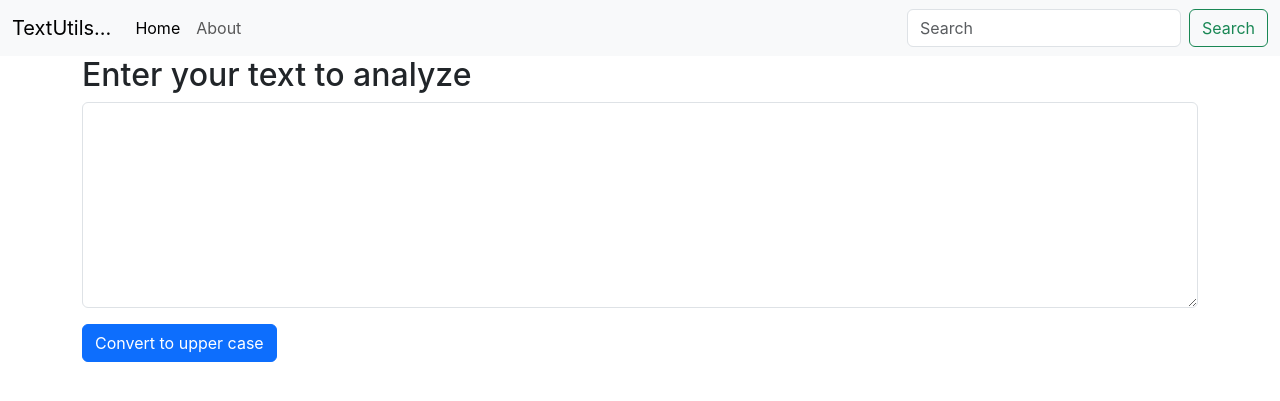
Repository: SujanNagaju/react-demo
Page: /
These files come from the project's save history. The page is drawn as it stood at one moment and after a run of saves; the edit follows.
The browser window is 1280 px wide. The pictures show the whole page.
The project was rebuilt for these pictures with package versions that can differ from the ones it lists, and the page was loaded fresh each time. Also part of the build but not shown: src/App.css.

Above is the page before, as saved 2024-12-29 13:22:30.

### public/index.html
<!DOCTYPE html>
<html lang="en">
  <head>
    <meta charset="utf-8" />
    <link rel="icon" href="%PUBLIC_URL%/favicon.ico" />
    <meta name="viewport" content="width=device-width, initial-scale=1" />
    <meta name="theme-color" content="#000000" />
    <meta
      name="description"
      content="Web site created using create-react-app"
    />
    <link rel="apple-touch-icon" href="%PUBLIC_URL%/logo192.png" />
    <!--
      manifest.json provides metadata used when your web app is installed on a
      user's mobile device or desktop. See https://developers.google.com/web/fundamentals/web-app-manifest/
    -->
    <link rel="manifest" href="%PUBLIC_URL%/manifest.json" />
    <!--
      Notice the use of %PUBLIC_URL% in the tags above.
      It will be replaced with the URL of the `public` folder during the build.
      Only files inside the `public` folder can be referenced from the HTML.

      Unlike "/favicon.ico" or "favicon.ico", "%PUBLIC_URL%/favicon.ico" will
      work correctly both with client-side routing and a non-root public URL.
      Learn how to configure a non-root public URL by running `npm run build`.
    -->
    <link href="https://cdn.jsdelivr.net/npm/bootstrap@5.3.3/dist/css/bootstrap.min.css" rel="stylesheet" integrity="sha384-QWTKZyjpPEjISv5WaRU9OFeRpok6YctnYmDr5pNlyT2bRjXh0JMhjY6hW+ALEwIH" crossorigin="anonymous">
    <title>React App</title>
  </head>
  <body>
    <noscript>You need to enable JavaScript to run this app.</noscript>
    <div id="root"></div>
    <!--
      This HTML file is a template.
      If you open it directly in the browser, you will see an empty page.

      You can add webfonts, meta tags, or analytics to this file.
      The build step will place the bundled scripts into the <body> tag.

      To begin the development, run `npm start` or `yarn start`.
      To create a production bundle, use `npm run build` or `yarn build`.
    -->
    <script src="https://cdn.jsdelivr.net/npm/bootstrap@5.3.3/dist/js/bootstrap.bundle.min.js" integrity="sha384-YvpcrYf0tY3lHB60NNkmXc5s9fDVZLESaAA55NDzOxhy9GkcIdslK1eN7N6jIeHz" crossorigin="anonymous"></script>

  </body>
</html>

### src/App.js
// logo from './logo.svg';
import './App.css';
import Navbar from './components/Navbar';
import TextForm from './components/TextForm';
function App() {
  return (
    <>

      {/* <Navbar title="TextUtils..." aboutText="About"/> */}
      <Navbar title="TextUtils..."/>
      <div className="container">
        <TextForm heading="Enter your text to analyze"/>
      </div>
    </>
  );
}

export default App;

### src/components/Navbar.js
import React from 'react'
import PropTypes from 'prop-types';


export default function Navbar({title="TextUtils", aboutText="About"}) {
  return (
    <nav className="navbar navbar-expand-lg bg-body-tertiary">
        <div className="container-fluid">
            <a className="navbar-brand" href="/">{title}</a>
            <button className="navbar-toggler" type="button" data-bs-toggle="collapse" data-bs-target="#navbarSupportedContent" aria-controls="navbarSupportedContent" aria-expanded="false" aria-label="Toggle navigation">
            <span className="navbar-toggler-icon"></span>
            </button>
            <div className="collapse navbar-collapse" id="navbarSupportedContent">
            <ul className="navbar-nav me-auto mb-2 mb-lg-0">
                <li className="nav-item">
                <a className="nav-link active" aria-current="page" href="/">Home</a>
                </li>
                <li className="nav-item">
                <a className="nav-link" href="/">{aboutText}</a>
                </li>

            </ul>
            <form className="d-flex" role="search">
                <input className="form-control me-2" type="search" placeholder="Search" aria-label="Search"/>
                <button className="btn btn-outline-success" type="submit">Search</button>
            </form>
            </div>
        </div>
    </nav>
  )
}


Navbar.propTypes = {
    title: PropTypes.string.isRequired,
    aboutText: PropTypes.string.isRequired
}

### src/components/TextForm.js
import React, {useState} from 'react';

export default function TextForm(props) {
  const [text, setText] = useState("Enter text here");
  console.log( useState("Enter text here") );
  return (
    <div>
      <h2>{props.heading}</h2>
        <div className="mb-3">
            <textarea className="form-control" id="textBox" rows="8"></textarea>
        </div>
        <button className="btn btn-primary">Convert to upper case</button>
    </div>
  )
}

Loaded but not shown: src/index.js (common file); src/index.css (common file); src/reportWebVitals.js (common file)

After the next 4 saves:
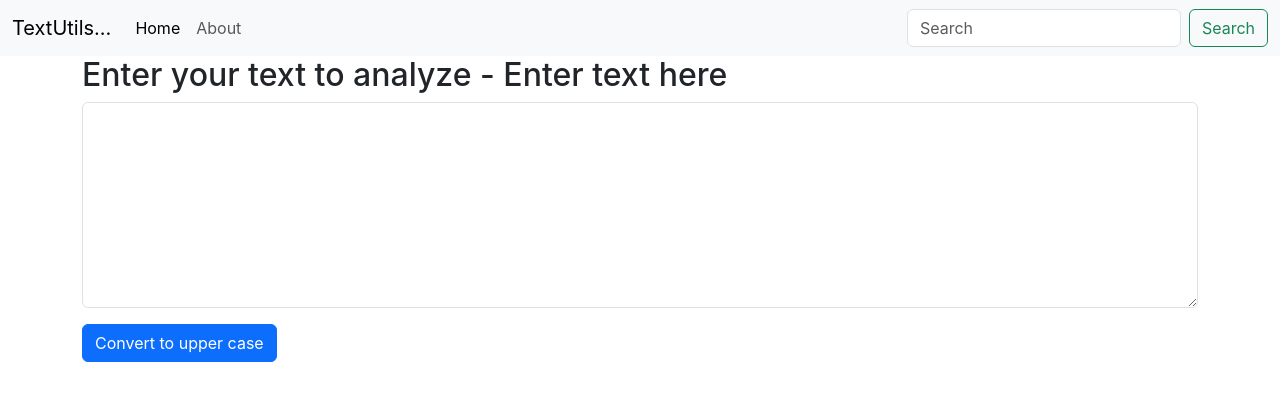
The 4 saves are shown as one change because 3 did not build or start.
The last was saved 2 min 40 s later.
--- a/src/components/TextForm.js
+++ b/src/components/TextForm.js
@@ -2,10 +2,9 @@
 
 export default function TextForm(props) {
   const [text, setText] = useState("Enter text here");
-  console.log( useState("Enter text here") );
   return (
     <div>
-      <h2>{props.heading}</h2>
+      <h2>{props.heading} - {text}</h2>
         <div className="mb-3">
             <textarea className="form-control" id="textBox" rows="8"></textarea>
         </div>
